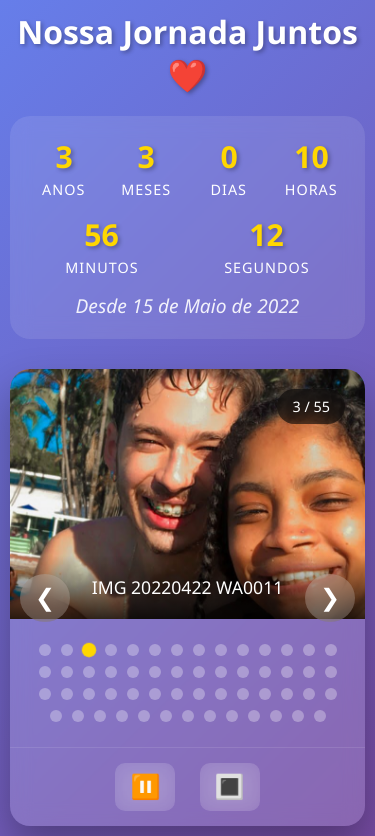
Repository: yan-luca/vic-yan
Page: index.html
These files come from the project's save history. The page is drawn as it stood at one moment and after the next save; the edit follows.
The browser window is 375 px wide. The pictures show the whole page.

Above is the page before, as saved 2025-08-15 00:31:49.

After the next save:
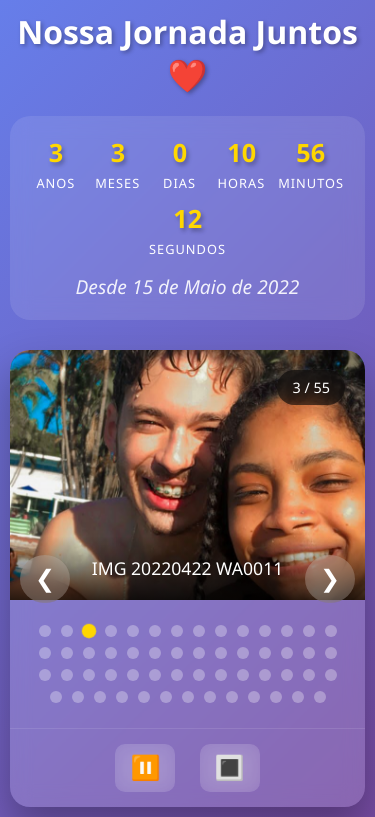
Saved 9 s later.
--- a/style.css
+++ b/style.css
@@ -368,11 +368,20 @@ header h1 {
     }
 
     .counter {
-        gap: 15px;
+        gap: 10px;
+        justify-content: space-around;
+    }
+
+    .counter-item {
+        min-width: 50px;
     }
 
     .counter-number {
-        font-size: 1.8em;
+        font-size: 1.5em;
+    }
+
+    .counter-label {
+        font-size: 0.8em;
     }
 
     .slides-wrapper {
